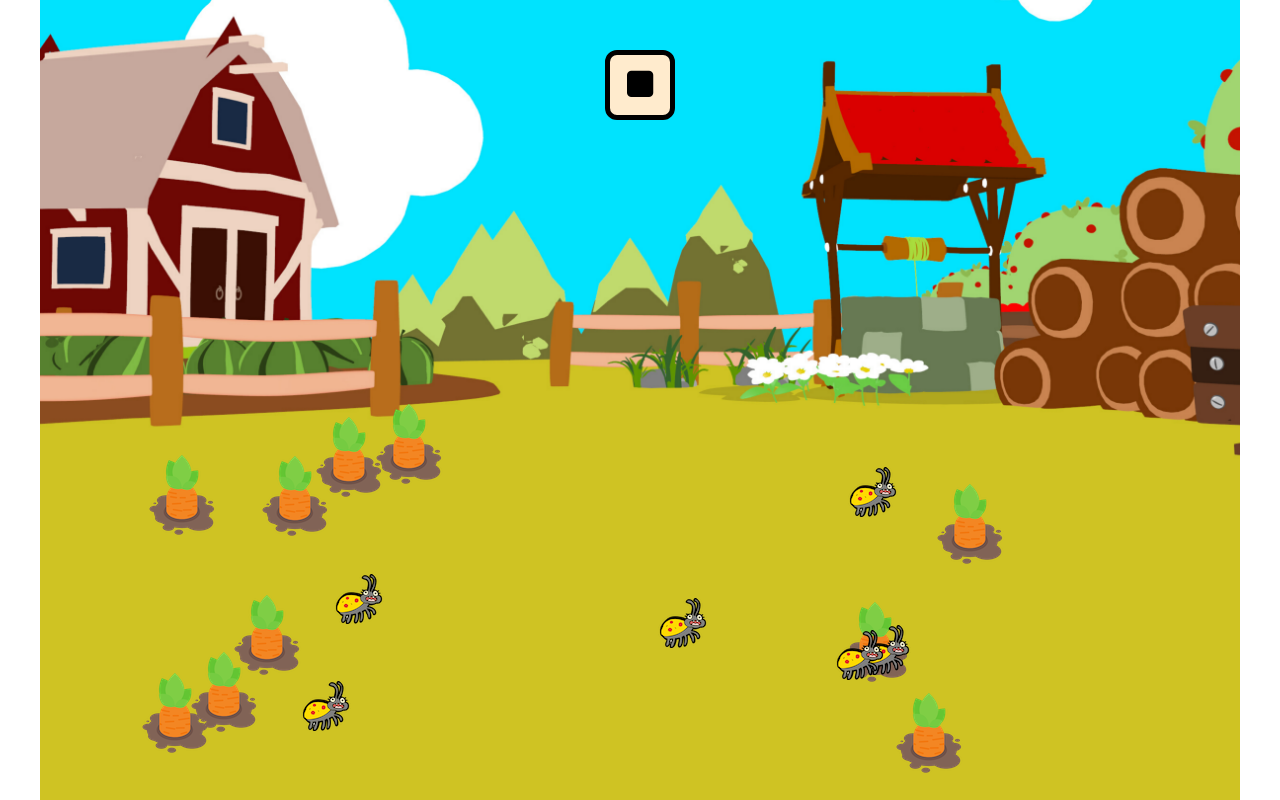
Repository: keehoonjung/Bug-Game
Page: index.html
These files come from the project's save history. The page is drawn as it stood at one moment and after the next save; the edit follows.
The browser window is 1280 px wide. The pictures show the whole page.
After loading, the first visible `button.play__btn` was clicked once.
Some web libraries are served in a nearby version.

Above is the page before, as saved 2021-08-10 19:17:53.

After the next save:
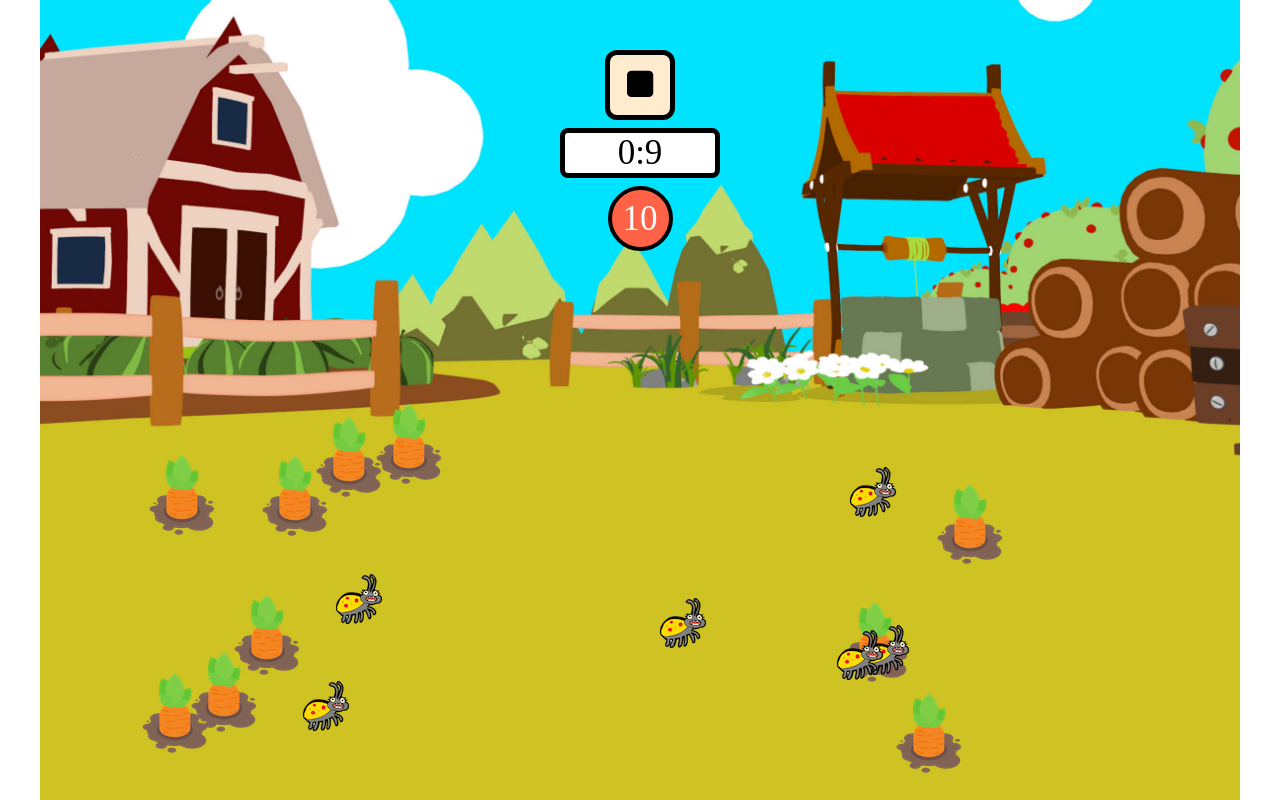
Saved 62 s later.
--- a/main.js
+++ b/main.js
@@ -39,6 +39,7 @@ function gameStart() {
   createItem("carrot", carroutCount);
   createItem("bug", bugCount);
   showStopButton();
+  showScoreAndTimer();
   countCarrot();
   timeCount();
   backgroundAudio.currentTime = 0;
@@ -49,6 +50,11 @@ function showStopButton() {
   const icon = document.querySelector(".fa-play");
   icon.classList.add("fa-stop");
   icon.classList.remove("fa-play");
+}
+
+function showScoreAndTimer() {
+  gameScore.style.visibility = "visible";
+  gameTimer.style.visibility = "visible";
 }
 
 function createItem(name, count) {
